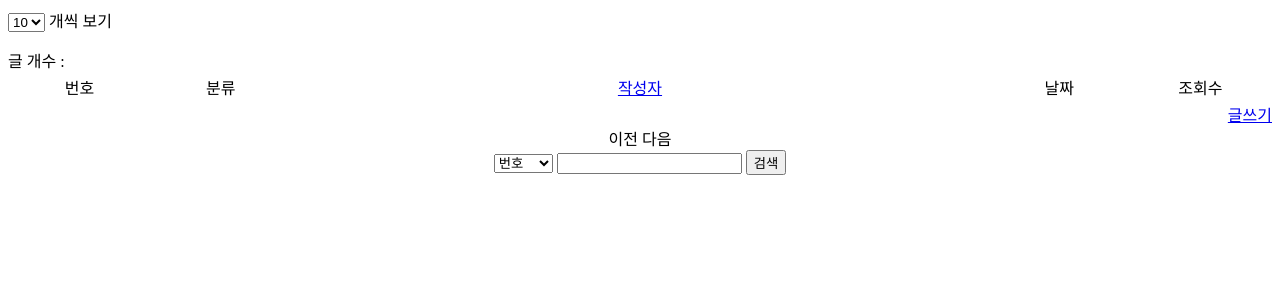
Repository: ekgus419/hckj
Page: http://localhost/Railro/WEB-INF/views/railro/railroList.jsp
An editor plug-in stored every save of this project. The page is shown before and after the next save, followed by the edit.
The browser window is 1280 px wide. The pictures show the whole page.
The page is served by Tomcat 9. Nobody is signed in. The template is opened directly, without the code that normally fills it, so the values that code supplies are empty.

Above is the page before, as saved 2016-08-29 01:22:21.

After the next save:
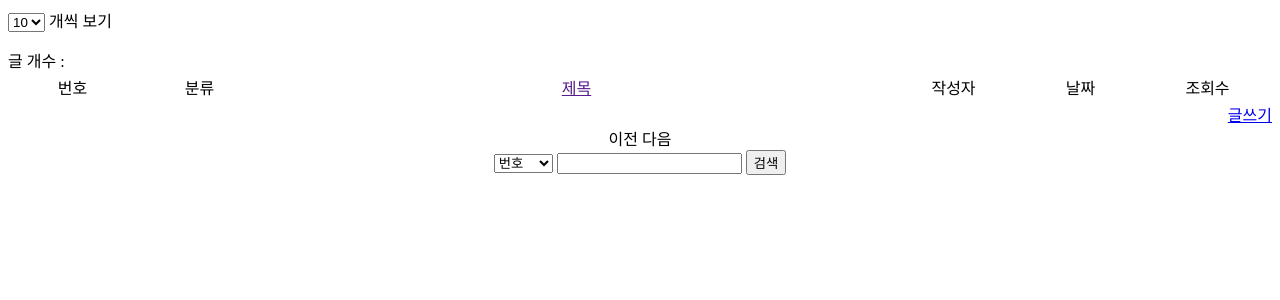
Saved 9 s later.
--- a/Railro/src/main/webapp/WEB-INF/views/railro/railroList.jsp
+++ b/Railro/src/main/webapp/WEB-INF/views/railro/railroList.jsp
@@ -25,7 +25,7 @@
 				<div align="center">분류</div>
 			</td>
 			<td width="50%">
-				<div align="center"><a href=">제목</a></div>
+				<div align="center"><a href="">제목</a></div>
 			</td>
 			<td width="10%">
 				<div align="center">작성자</div>
